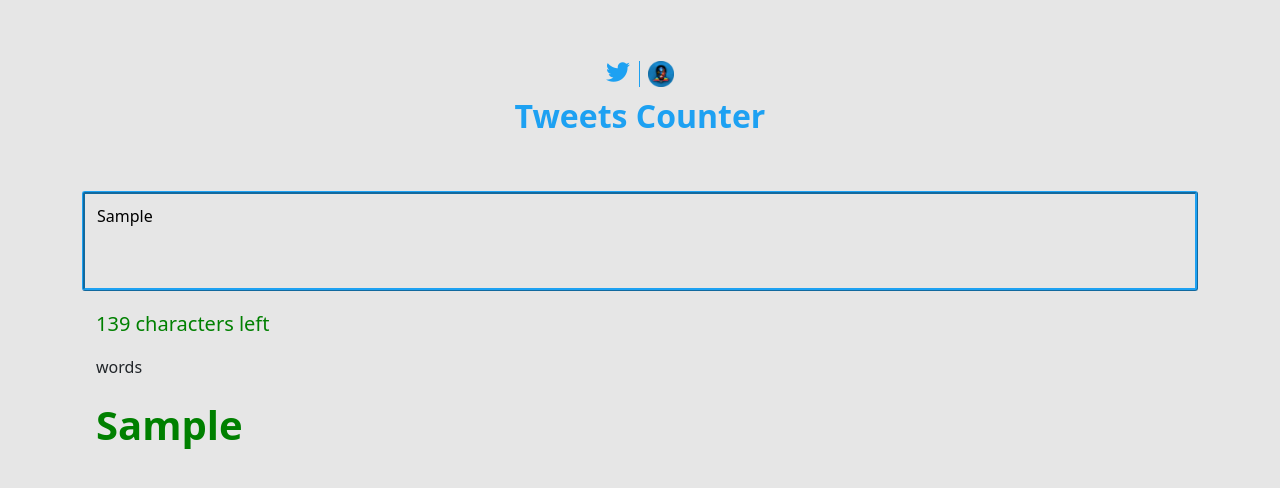
Repository: magmukendi/Tweets-Count
Page: index.html
The author's editor kept a copy of each file at every save. The page is drawn from the files as they stood at one save, then again after a run of saves.
The browser window is 1280 px wide. The pictures show the whole page.
Empty fields were first filled with sample values (such as "Sample", 5 or name@example.com).
After loading, the first visible `#tt` was changed once.
Some web libraries are served in a nearby version.

Above is the page before, as saved 2022-06-11 17:05:18.

### index.html
<!DOCTYPE html>
<html lang="en">
<head>
    <meta charset="UTF-8">
    <meta http-equiv="X-UA-Compatible" content="IE=edge">
    <meta name="viewport" content="width=device-width, initial-scale=1.0">
    <link href="https://cdn.jsdelivr.net/npm/bootstrap@5.2.0-beta1/dist/css/bootstrap.min.css" rel="stylesheet" integrity="sha384-0evHe/X+R7YkIZDRvuzKMRqM+OrBnVFBL6DOitfPri4tjfHxaWutUpFmBp4vmVor" crossorigin="anonymous">
    <link rel="shortcut icon" href="assets/images/mag-icon.ico"image/x-icon">
    <script src="https://kit.fontawesome.com/cd3abaa76f.js" crossorigin="anonymous"></script>

    <link href="style.css" rel="stylesheet">
    <title>TweetsCount by LeGrandMAG</title>
</head>
<body>
    <div id="answer" class="container row">
        <div id = "headline">
            <div id="logo">

                <span id ="twitter" >

                    <i  class="fa-brands fa-twitter fa-xl"></i>
                </span>
                <img id ="myHead" src="/assets/images/profile.png">
            </div>
            <h2 id="Title"><b>Tweets Counter</b></h2>
        </div>
        <textarea id="tt" placeholder="Type here :)" class="mt-2 mb-2" id="won" autosize></textarea>
       <!--

           <button onclick="myFunction()" class="btn btn-primary"> Calculate</button>
        -->


    </div>

    <div id="result" >

    </div>


    <script type="text/javascript" src="app.js"></script>
</body>
</html>

### style.css
body{
    margin:auto;
    margin-top: 50px;
    align-items: center;
    text-align: center;
    background: rgba(230,230,230,1)
}
.container{
    margin:auto;
    display: flex;
    justify-content: center;
    align-items: center;
}
#logo{
    margin:10px;
}
#myHead{
    width: 35px;
    height:auto;
    padding-left:8px;
    border-left: 1px solid #1DA1F2;
}
#Title{
    color: #1DA1F2
}
#headline{
    margin-bottom: 40px;
}
#twitter{
    color:#1DA1F2;
    padding-right:5px;
}
.form-elem{
    margin-top: 10;
    margin-bottom: 10;
}

#tt{
    resize: none;
    overflow: visible;
    padding-top:10px;
    padding-bottom: 10px;
    height: 100px;
    border:3px ridge #1DA1F2;
    border-radius: 3px;
    background-color: rgba(230,230,230,1);
}


button{
    visibility: hidden;
}

#result{
    width: 85%;
    margin: auto;
    margin-top:10px;
    flex-wrap: wrap;
    text-align: justify;
}
#charCount{
    font-size: 20px;

}
#wordCount{

}

### app.js
let list = []
let result = 0;
let x;
let p;
let xValue;
let s;
let number;
let input = document.getElementById('tt');
let d;
let e;
let doc = document.getElementById('result');

function print(){
        doc.innerHTML = '';
        x = document.getElementById('tt');
        p = document.createElement('p')
        number = document.createElement('p')
        words = document.createElement('p')
        xValue = x.value;
        if (xValue){
                p.innerText = xValue
        }
        doc.append(number)
        doc.append(words)
        doc.appendChild(p)
        p.id = "txx"
        number.id = "charCount"
        words.id = "wordCount"
        p.style = 'font-weight:bold; font-size:40px; margin-top:5px; flex-wrap:wrap';
}
function colorChange(){
        s = p.innerText
        let word =/\w+/g
        let char = /.|\s|\n+/g
        console.log(s.match(char).length)

        number.innerText = (145 - s.match(char).length) + " characters left";
        words.innerText = "words"
        if(s.match(char).length <=145/2){

                p.style.color ='green'
                number.style.color = 'green'
        }
        else if(s.match(char).length >=145/2 && s.match(char).length <135){
                p.style.color = 'blue';

        }
        else if(s.match(char).length >=135 && s.match(char).length<=145){
                p.style.color ='red';
                number.style.color ='red';
                console.log(s.match(n));

        }

        else if(s.match(char).length >145){
                number.innerText= "You have " + (s.match(char).length - 145) +" more characters than expected.";
                //p.style.visibility ='hidden'
                p.innerText= "Sorry, we cannot display your text";
                number.style.color="red"
                p.style.textAlign = 'center'
        }


}
function render (){
        document.getElementById('tt').addEventListener('keyup', print)
        document.getElementById('tt').addEventListener('keyup', colorChange)
}
render()
function myFunction(){
        let ll = document.getElementById('txx')
        var blob = new Blob([ll.innerText], {
                type: "text/plain;charset=utf-8;",
            });
        saveAs(blob, "thing.txt");

}

After the next 4 saves:
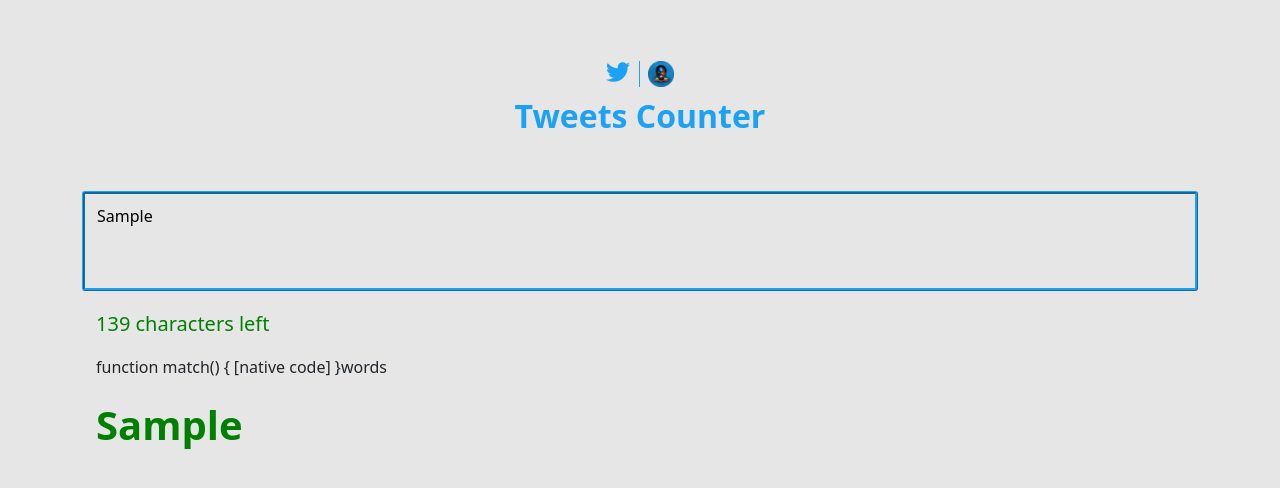
The 4 saves are shown as one change because they came seconds apart.
The last was saved 15 s later.
--- a/app.js
+++ b/app.js
@@ -35,7 +35,7 @@ function colorChange(){
         console.log(s.match(char).length)
 
         number.innerText = (145 - s.match(char).length) + " characters left";
-        words.innerText = "words"
+        words.innerText = s.match+"words"
         if(s.match(char).length <=145/2){
 
                 p.style.color ='green'
